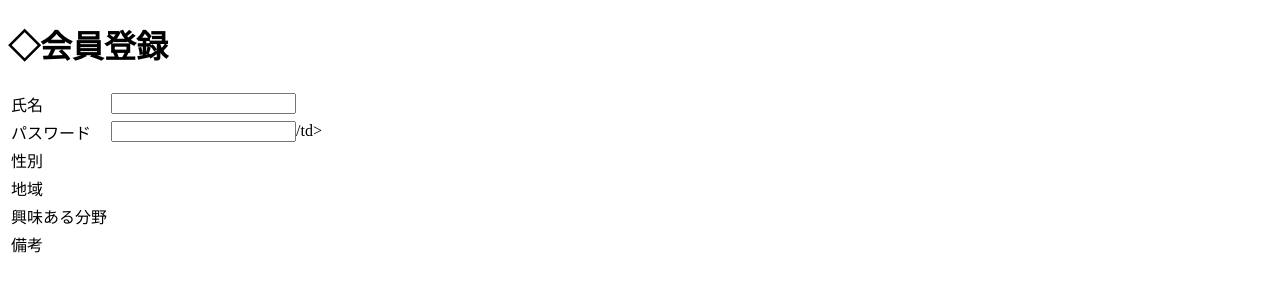
Repository: hideck/STSWorkspace
Page: Registration/src/main/resources/static/input.html
These files come from the project's save history. The page is drawn as it stood at one moment and after the next save; the edit follows.
The browser window is 1280 px wide. The pictures show the whole page.

Above is the page before, as saved 2022-06-22 12:24:02.

After the next save:
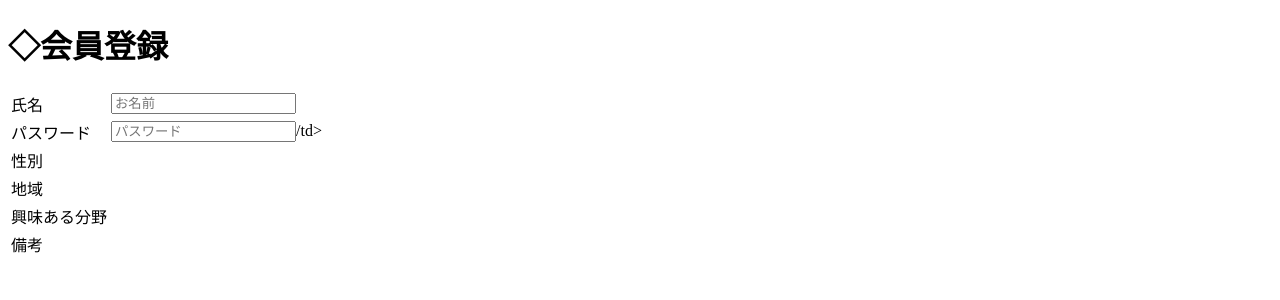
Saved 54 s later.
--- a/Registration/src/main/resources/static/input.html
+++ b/Registration/src/main/resources/static/input.html
@@ -9,11 +9,11 @@
 	<table>
 		<tr>
 			<td>氏名</td>
-			<td><input type="text" name="name" /></td>
+			<td><input type="text" name="name" placeholder="お名前"/></td>
 		</tr>
 		<tr>
 			<td>パスワード</td>
-			<td><input type="password" name="password" />/td>
+			<td><input type="password" name="password" placeholder="パスワード"/>/td>
 		</tr>
 		<tr>
 			<td>性別</td>
